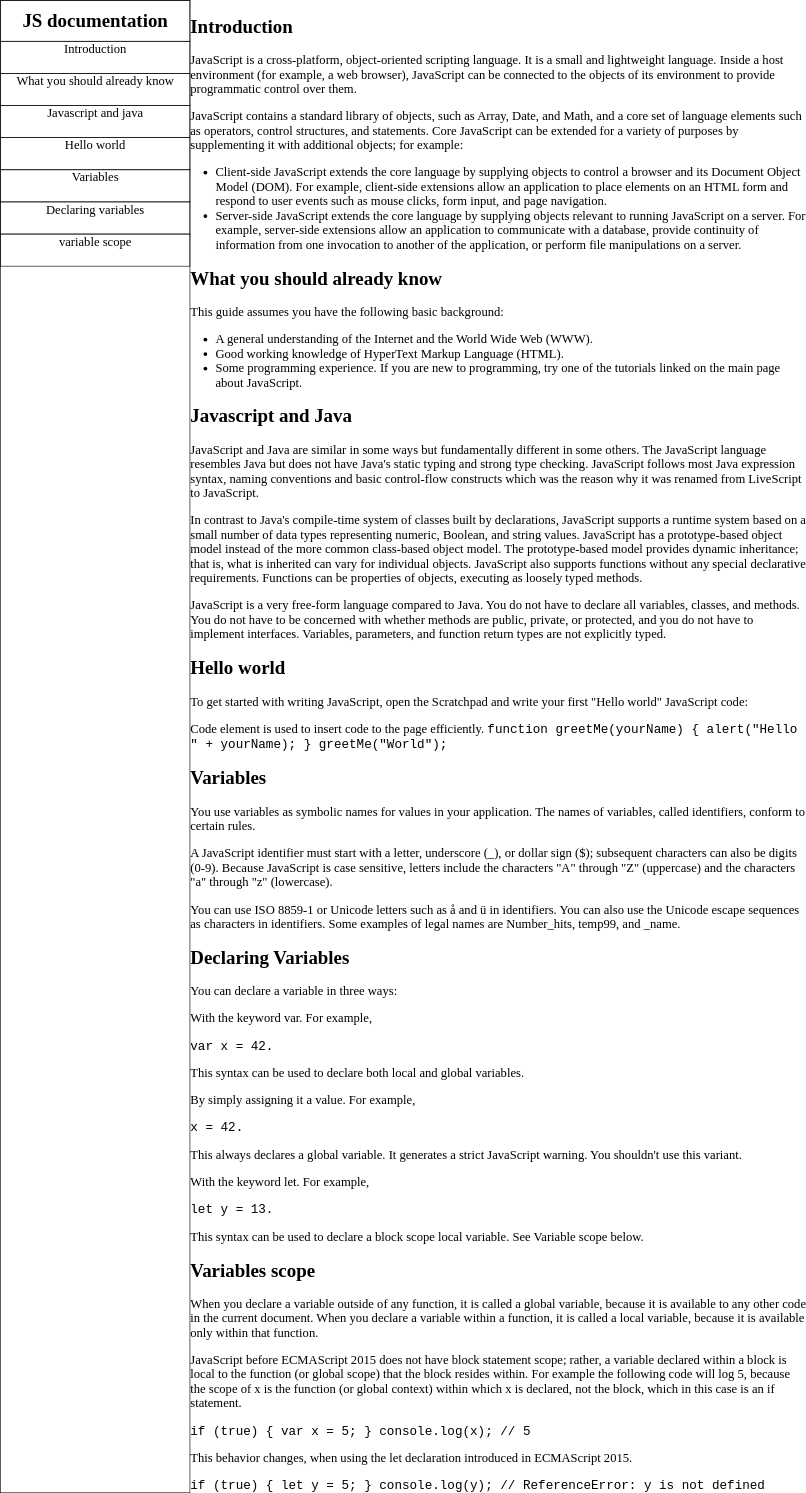
Repository: Pafestivo/Technical-documentation
Page: index.html
An editor plug-in stored every save of this project. The page is shown before and after the next save, followed by the edit.
The browser window is 1280 px wide. The pictures show the whole page, at 63% of full size.

Above is the page before, as saved 2022-09-07 13:32:36.

After the next save:
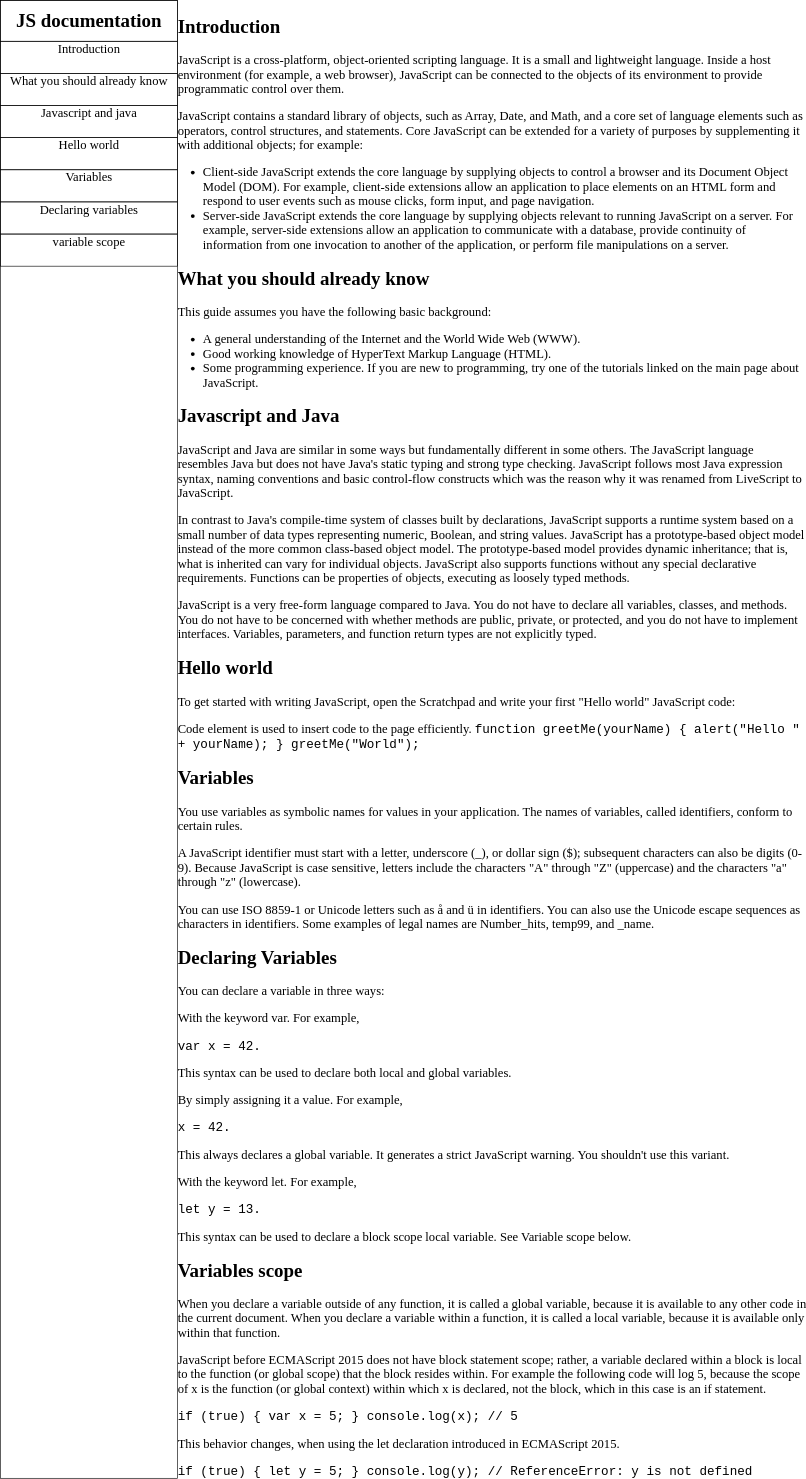
Saved 4 s later.
--- a/styles.css
+++ b/styles.css
@@ -14,7 +14,7 @@ body {
 /* Navigation bar  */
 #navbar {
   border: 1px solid #000;
-  min-width: 300px;
+  min-width: 280px;
 }
 
 #navbar header {
